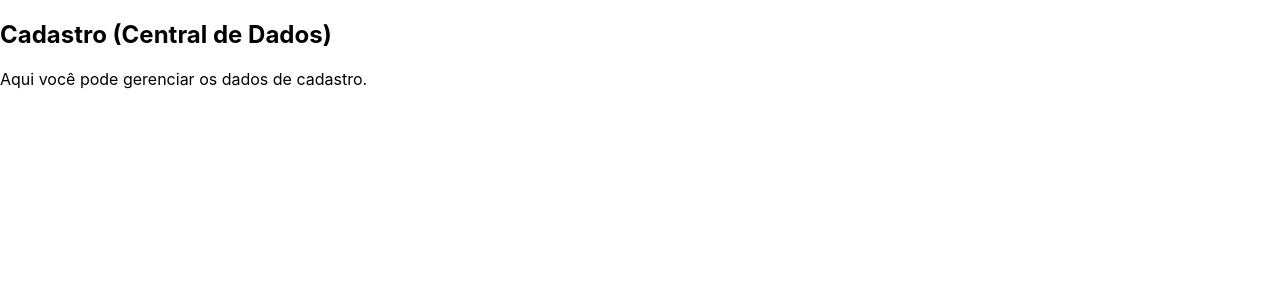
Repository: feliperanon/appliz
Page: /cadastro
An editor plug-in stored every save of this project. The page is shown before and after the next save, followed by the edit.
The browser window is 1280 px wide. The pictures show the whole page.
The project was rebuilt for these pictures with package versions that can differ from the ones it lists, and the page was loaded fresh each time. Also part of the build but not shown: src/components/Login.js, src/components/MedicaoTempo.js, src/components/AnaliseDesempenho.js, src/components/OcorrenciasDiarias.js, src/components/ControleQualidade.js, src/components/CapacitacaoTreinamento.js, src/components/ManutencaoPreventiva.js, src/components/CicloPDCA.js and 1 more.

Above is the page before, as saved 2024-10-10 20:14:30.

### src/index.js
import React from 'react';
import ReactDOM from 'react-dom';
import './index.css'; // Arquivo CSS que terá estilos globais
import App from './App'; // Certifique-se de que App.js esteja correto

ReactDOM.render(
  <React.StrictMode>
    <App />
  </React.StrictMode>,
  document.getElementById('root')
);

### src/App.js
import React from 'react';
import { BrowserRouter as Router, Route, Routes } from 'react-router-dom';
import Login from './components/Login';
import Cadastro from './components/Cadastro';
import MedicaoTempo from './components/MedicaoTempo';
import AnaliseDesempenho from './components/AnaliseDesempenho';
import OcorrenciasDiarias from './components/OcorrenciasDiarias';
import ControleQualidade from './components/ControleQualidade';
import CapacitacaoTreinamento from './components/CapacitacaoTreinamento';
import ManutencaoPreventiva from './components/ManutencaoPreventiva';
import CicloPDCA from './components/CicloPDCA';
import Links from './components/Links'; // Página com links para os tópicos

function App() {
  return (
    <Router>
      <Routes>
        <Route path="/" element={<Login />} />
        <Route path="/links" element={<Links />} />
        <Route path="/cadastro" element={<Cadastro />} />
        <Route path="/medicao-tempo" element={<MedicaoTempo />} />
        <Route path="/analise-desempenho" element={<AnaliseDesempenho />} />
        <Route path="/ocorrencias-diarias" element={<OcorrenciasDiarias />} />
        <Route path="/controle-qualidade" element={<ControleQualidade />} />
        <Route path="/capacitacao-treinamento" element={<CapacitacaoTreinamento />} />
        <Route path="/manutencao-preventiva" element={<ManutencaoPreventiva />} />
        <Route path="/ciclo-pdca" element={<CicloPDCA />} />
      </Routes>
    </Router>
  );
}

export default App;

### src/components/Cadastro.js
import React from 'react';

const Cadastro = () => {
  return (
    <div>
      <h2>Cadastro (Central de Dados)</h2>
      <p>Aqui você pode gerenciar os dados de cadastro.</p>
    </div>
  );
};

export default Cadastro;

### src/global.css
/* Estilos globais */
body {
    margin: 0;
    padding: 0;
    font-family: Arial, sans-serif;
  }

  /* Estilos responsivos para páginas */
  .container {
    display: flex;
    flex-direction: column;
    justify-content: center;
    align-items: center;
    height: 100vh;
    padding: 20px;
  }

  /* Estilos específicos para telas menores */
  @media (max-width: 600px) {
    .container {
      padding: 10px;
    }

    h2 {
      font-size: 1.5em;
    }

    button {
      font-size: 14px;
      padding: 10px;
    }
  }

Loaded but not shown: public/index.html (common file); src/index.css (common file)

After the next save:
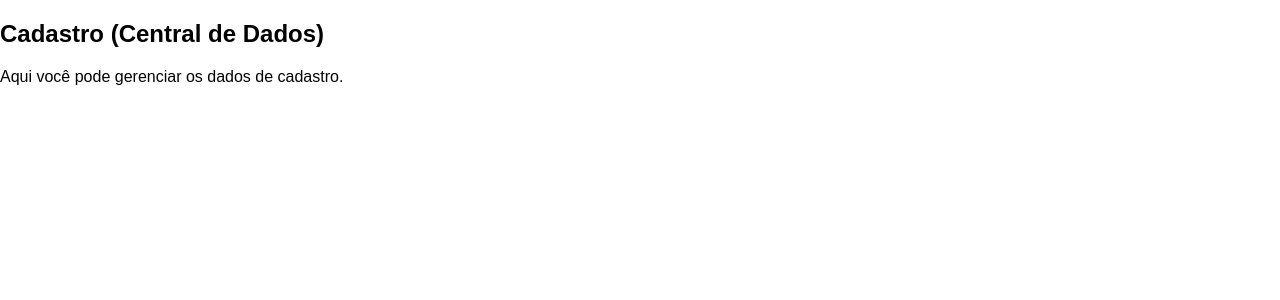
Saved 55 s later.
--- a/src/index.js
+++ b/src/index.js
@@ -1,7 +1,7 @@
 import React from 'react';
 import ReactDOM from 'react-dom';
-import './index.css'; // Arquivo CSS que terá estilos globais
-import App from './App'; // Certifique-se de que App.js esteja correto
+import './global.css'; // Importando o arquivo de estilos globais
+import App from './App';
 
 ReactDOM.render(
   <React.StrictMode>
